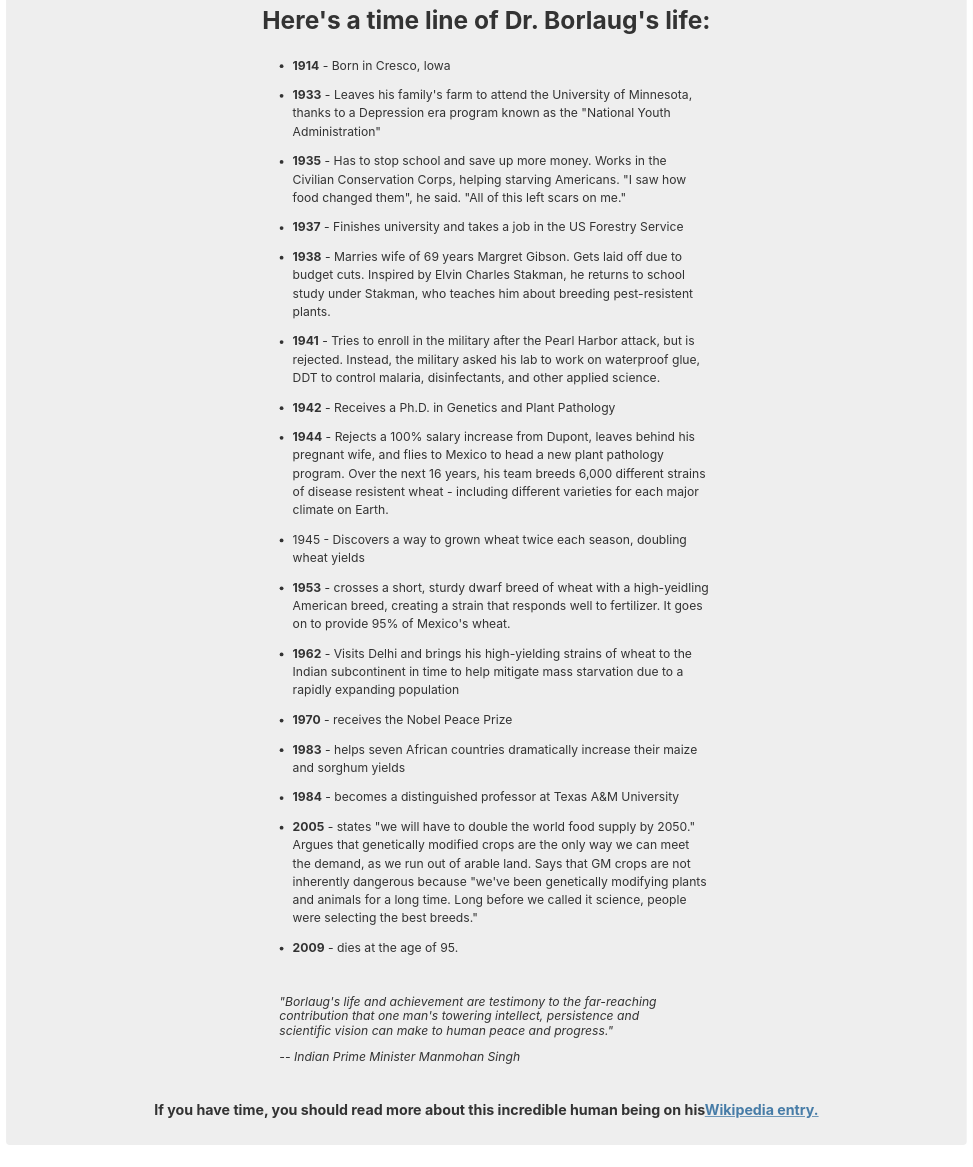
Repository: Lungdjos/tribute-page-certificate
Page: index.html
An editor plug-in stored every save of this project. The page is shown before and after the next save, followed by the edit.
The browser window is 1280 px wide. The pictures show the part of the page from y = 544 to 2127 px (the page is 2080 px tall before and 2127 px after), at 76% of full size.
A picture or video elsewhere on the page could not be fetched, so the positions and the page height are approximate.

Above is the page before, as saved 2023-10-30 14:19:20.

After the next save:
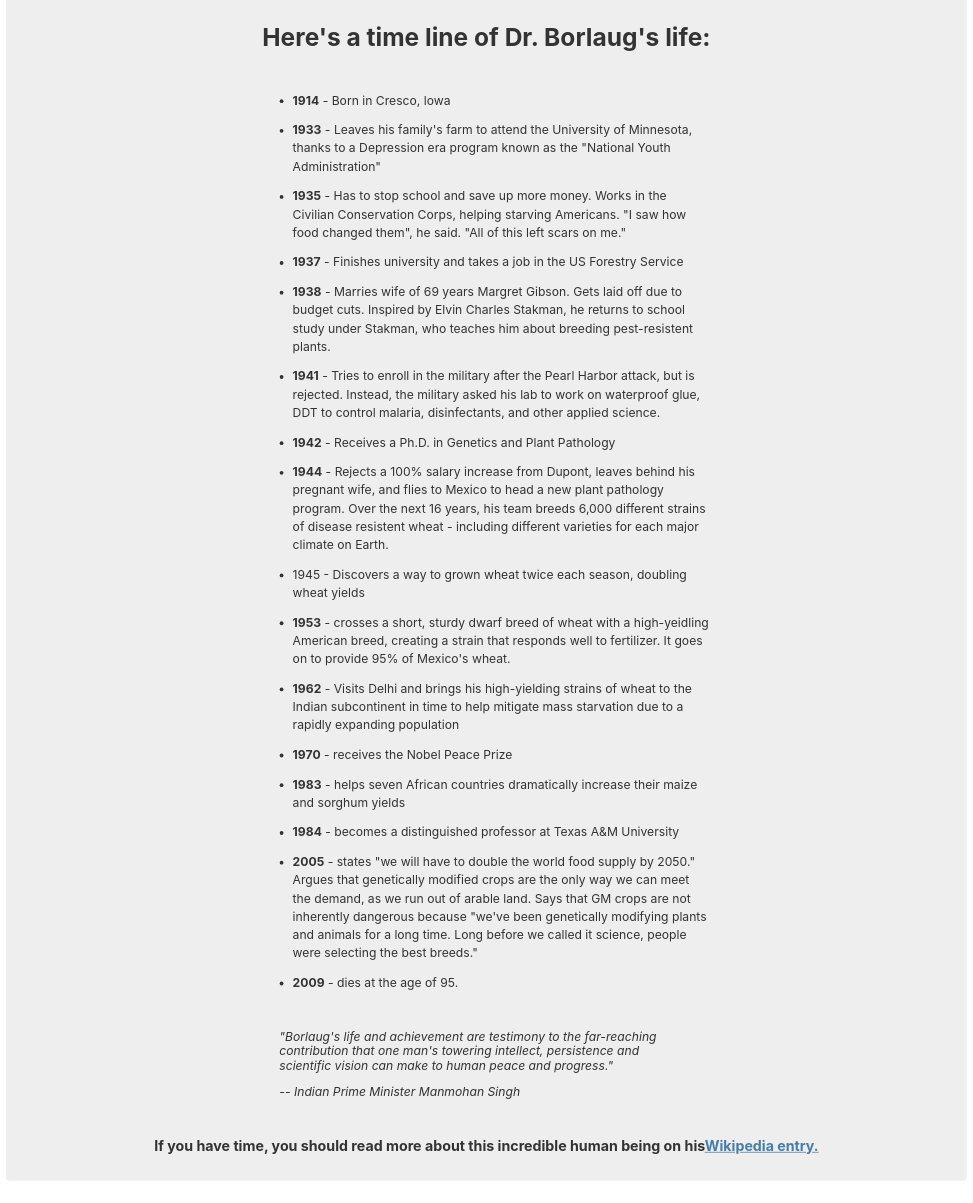
Saved 8 s later.
--- a/styles.css
+++ b/styles.css
@@ -58,7 +58,7 @@
         }
     }
 
-    #sub-heading {
+    .sub-heading {
         margin: 50px 0;
         text-align: center;
     }
